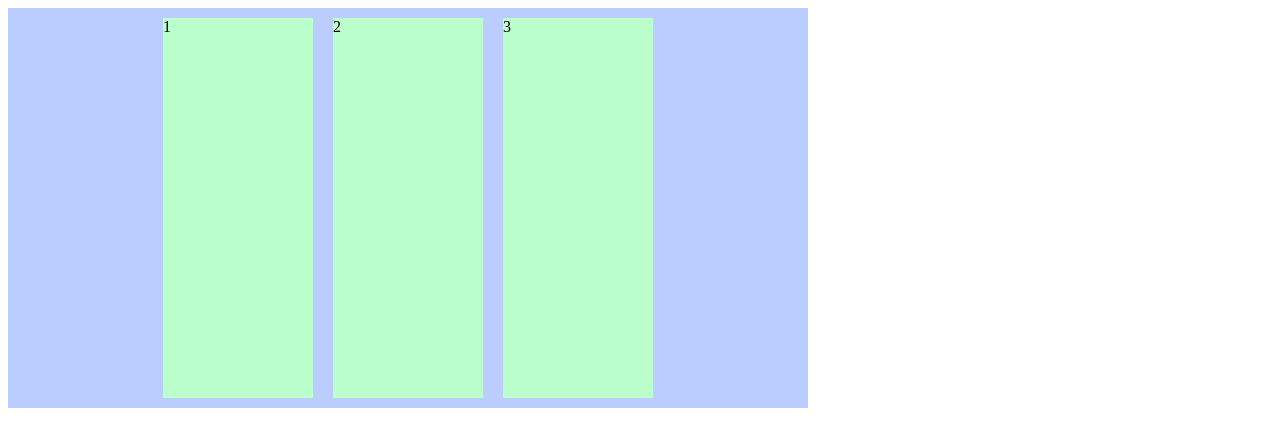
Repository: liutian97/learn1
Page: 移动端web开发/代码/2. Flex 伸缩布局/06-flex设置侧轴上的子元素排列方式.html
The author's editor kept a copy of each file at every save. The page is drawn from the files as they stood at one save, then again after a run of saves.
The browser window is 1280 px wide. The pictures show the whole page.

Above is the page before, as saved 2022-07-02 17:09:39.

### 移动端web开发/代码/2. Flex 伸缩布局/06-flex设置侧轴上的子元素排列方式.html
<!DOCTYPE html>
<html lang="en">

<head>
  <meta charset="UTF-8">
  <meta http-equiv="X-UA-Compatible" content="IE=edge">
  <meta name="viewport" content="width=device-width, initial-scale=1.0">
  <title>Document</title>
  <style>
    div {
      width: 800px;
      height: 400px;
      background-color: #bcf;
      display: flex;
      /*  默认的主轴是 x 轴 row */

      /*  设置主轴是 y 轴  */
      /* flex-direction: column; */
      /*  justify-content: 设置主轴上子元素的排列方式 */
      justify-content: center;
      /* (align-items设置侧轴子元素排列)  侧轴居中 */
      /* align-items: center; */
      /* 拉伸，但是子盒子不要给高度 */
      align-items: stretch;
    }

    div span {
      width: 150px;
      /* height: 100px; */
      background-color: #bfc;
      margin: 10px;
    }
  </style>
</head>

<body>
  <div>
    <span>1</span>
    <span>2</span>
    <span>3</span>
  </div>
</body>

</html>












<!-- <!DOCTYPE html>
<html lang="en">

<head>
    <meta charset="UTF-8">
    <meta name="viewport" content="width=device-width, initial-scale=1.0">
    <meta http-equiv="X-UA-Compatible" content="ie=edge">
    <title>Document</title>
    <style>
        div {
            display: flex;
            width: 800px;
            height: 400px;
            background-color: pink;
            /* 默认的主轴是 x 轴 row */
            flex-direction: column;
            justify-content: center;
            /* 我们需要一个侧轴居中 */
            /* 拉伸，但是子盒子不要给高度 */
            /* align-items: stretch; */
            align-items: center;
            /* align-content: center; */
        }

        div span {
            width: 150px;
            height: 100px;
            background-color: purple;
            color: #fff;
            margin: 10px;
        }
    </style>
</head>

<body>
    <div>
        <span>1</span>
        <span>2</span>
        <span>3</span>
    </div>
</body>

</html> -->

After the next 2 saves:
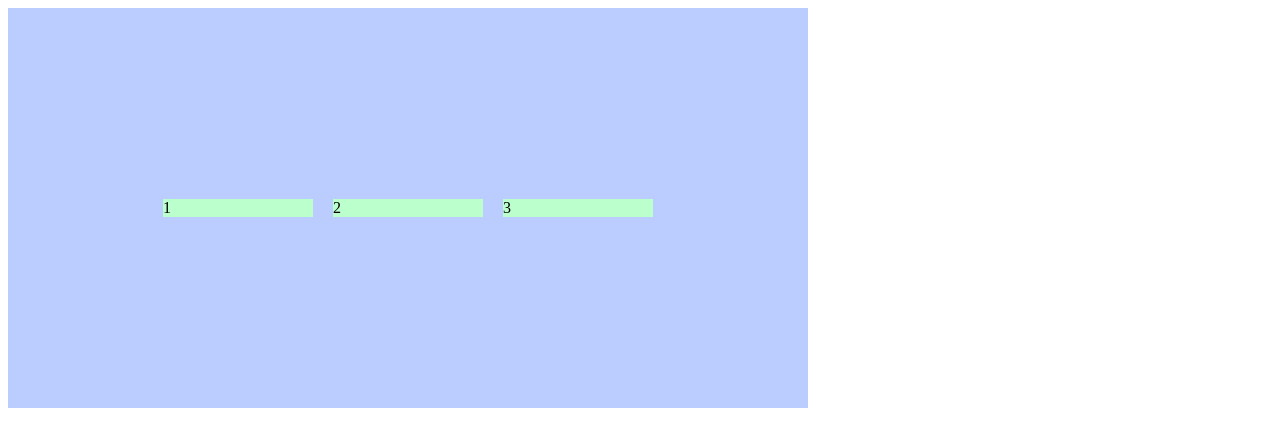
The 2 saves are shown as one change because they came seconds apart.
The last was saved 23 s later.
--- a/移动端web开发/代码/2. Flex 伸缩布局/06-flex设置侧轴上的子元素排列方式.html
+++ b/移动端web开发/代码/2. Flex 伸缩布局/06-flex设置侧轴上的子元素排列方式.html
@@ -19,9 +19,9 @@
       /*  justify-content: 设置主轴上子元素的排列方式 */
       justify-content: center;
       /* (align-items设置侧轴子元素排列)  侧轴居中 */
-      /* align-items: center; */
+      align-items: center;
       /* 拉伸，但是子盒子不要给高度 */
-      align-items: stretch;
+      /* align-items: stretch; */
     }
 
     div span {
